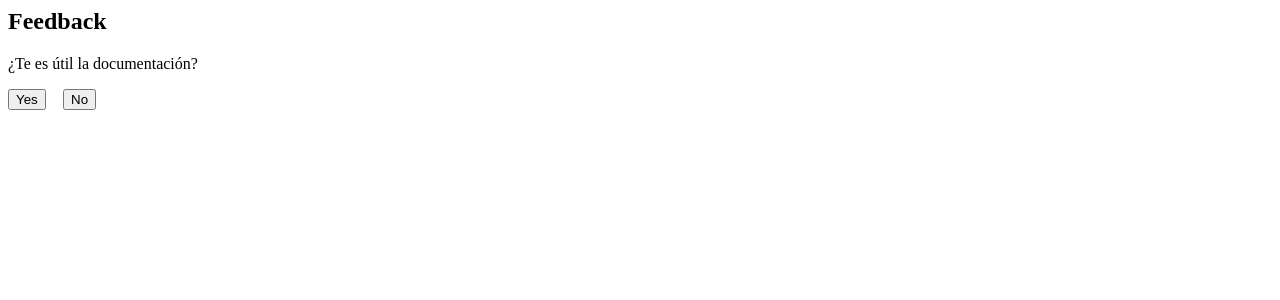
Repository: frodriguezsmartclip/docs-adtopy
Page: themes/docsy/layouts/partials/feedback.html
An editor plug-in stored every save of this project. The page is shown before and after the next save, followed by the edit.
The browser window is 1280 px wide. The pictures show the whole page.

Above is the page before, as saved 2020-01-22 17:14:40.

After the next save:
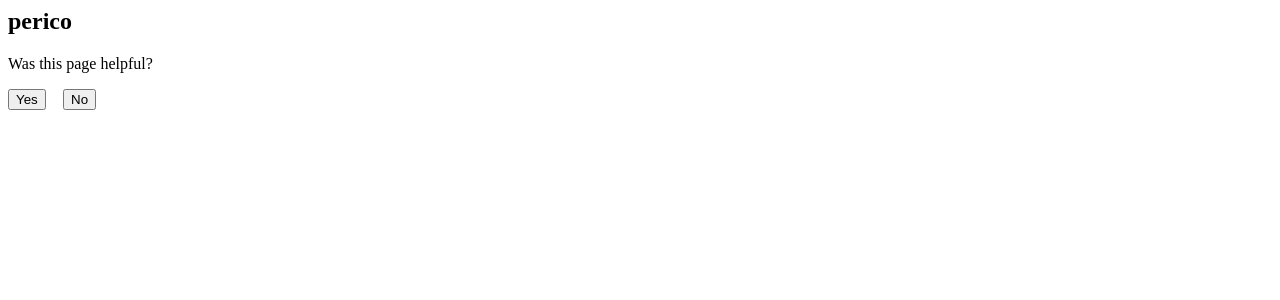
Saved 13 min 46 s later.
--- a/themes/docsy/layouts/partials/feedback.html
+++ b/themes/docsy/layouts/partials/feedback.html
@@ -13,8 +13,8 @@
     display: block;
   }
 </style>
-<h2 class="feedback--title">Feedback</h2>
-<p class="feedback--question">¿Te es útil la documentación?</p>
+<h2 class="feedback--title">perico</h2>
+<p class="feedback--question">Was this page helpful?</p>
 <button class="feedback--answer feedback--answer-yes">Yes</button>
 <button class="feedback--answer feedback--answer-no">No</button>
 <p class="feedback--response feedback--response-yes">
